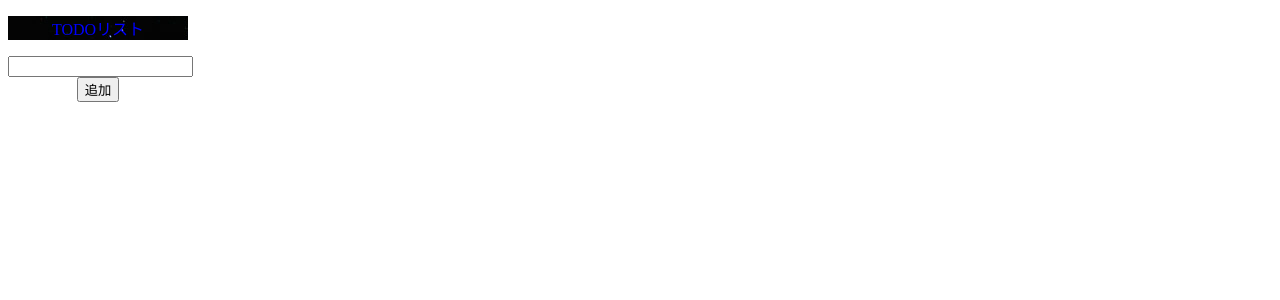
Repository: kntb2565/todolist
Page: src/index.html
An editor plug-in stored every save of this project. The page is shown before and after the next save, followed by the edit.
The browser window is 1280 px wide. The pictures show the whole page.

Above is the page before, as saved 2018-10-21 13:59:26.

After the next save:
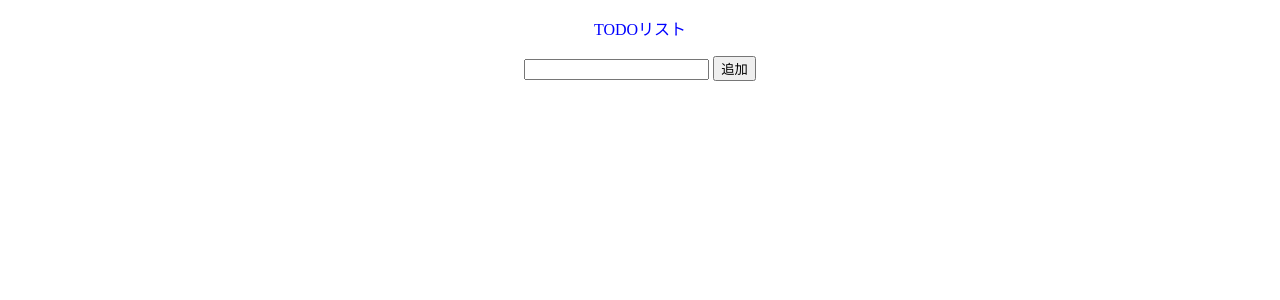
Saved 22 s later.
--- a/src/css/styles.css
+++ b/src/css/styles.css
@@ -8,11 +8,10 @@ h1{
 
  .todo{
    width: 180px
-
+   background-image: url(img/utyu3.jpg);
  }
 
  p{
-    background-image: url(img/utyu3.jpg);
     color: blue;
     text-align: center;
  }
